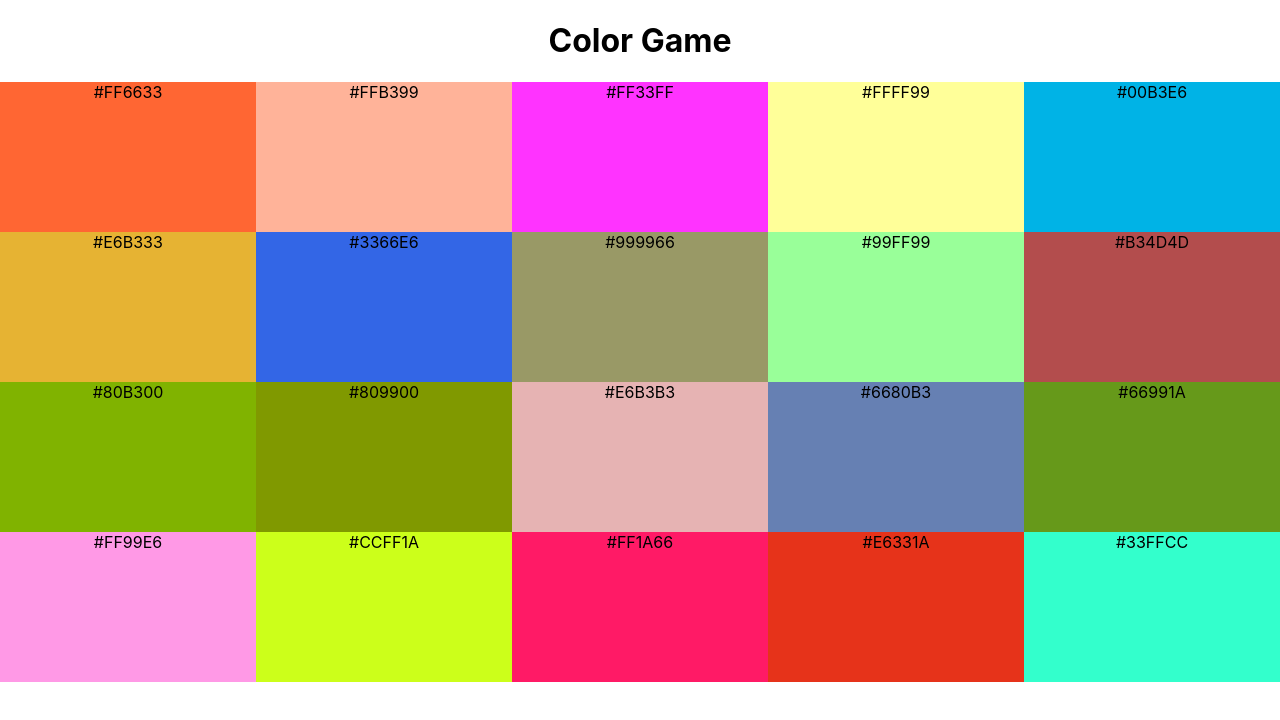
Repository: johnmutina/shades_of_blue
Page: /
The author's editor kept a copy of each file at every save. The page is drawn from the files as they stood at one save, then again after the next save.
The browser window is 1280 px wide. The pictures show the whole page.
The project was rebuilt for these pictures with package versions that can differ from the ones it lists, and the page was loaded fresh each time.

Above is the page before, as saved 2019-06-22 14:29:32.

### src/App.js
import React from 'react';
import ColorBoxes from './ColorBoxes';
import './App.css';

function App() {
  return (
    <div className="App">
      <ColorBoxes />
    </div>
  );
}

export default App;

### src/ColorBoxes.js
import React, { Component } from 'react';
import ColorBox from './ColorBox';

class ColorBoxes extends Component {
    constructor(props){
        super(props);
        this.state = {

        }
    }
    render(){
        let colorArr = ['#FF6633', '#FFB399', '#FF33FF', '#FFFF99', '#00B3E6', '#E6B333', '#3366E6', '#999966', '#99FF99', '#B34D4D', '#80B300', '#809900', '#E6B3B3', '#6680B3', '#66991A', '#FF99E6', '#CCFF1A', '#FF1A66', '#E6331A', '#33FFCC'
        // , '#66994D', '#B366CC', '#4D8000', '#B33300', '#CC80CC', '#66664D', '#991AFF', '#E666FF', '#4DB3FF', '#1AB399', '#E666B3', '#33991A', '#CC9999', '#B3B31A', '#00E680', '#4D8066', '#809980', '#E6FF80', '#1AFF33', '#999933', '#FF3380', '#CCCC00', '#66E64D', '#4D80CC', '#9900B3', '#E64D66', '#4DB380', '#FF4D4D', '#99E6E6', '#6666FF'
    ];
        let idx = Math.floor(Math.random() * colorArr.length);
        return (
            <div>
                <h1>Color Game</h1>
                {colorArr.map(el => <ColorBox color={el} />)}
            </div>
        )
    }
}

export default ColorBoxes;

### src/ColorBox.js
import React, { Component } from 'react';
import './ColorBox.css';

class ColorBox extends Component {
    render(){
        return (
            <div className="ColorBox" style={{backgroundColor: this.props.color}}>{this.props.color}</div>
        )
    }
}

export default ColorBox;

### src/ColorBox.css
.ColorBox {
    display: inline-block;
    width: 20%;
    height: 150px;
}

Loaded but not shown: public/index.html (common file); src/index.js (common file); src/index.css (common file); src/serviceWorker.js (common file); src/App.css (common file)

After the next save:
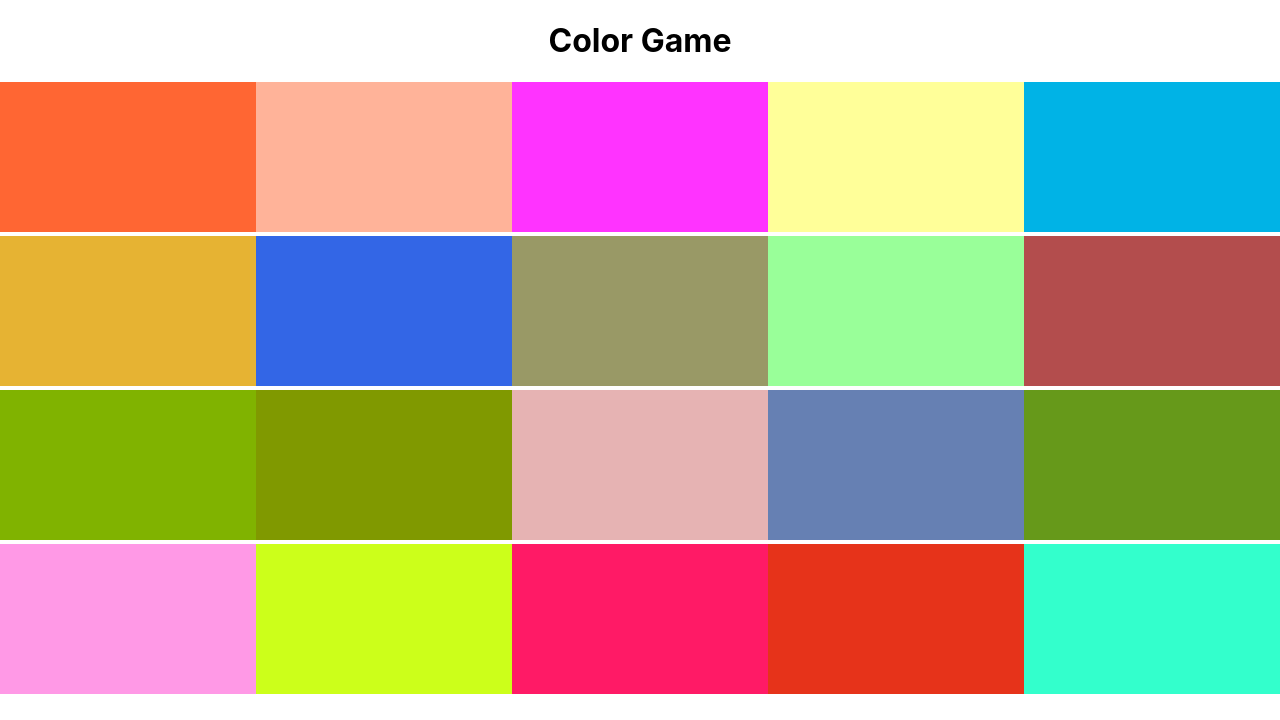
Saved 6 s later.
--- a/src/ColorBox.js
+++ b/src/ColorBox.js
@@ -4,7 +4,7 @@
 class ColorBox extends Component {
     render(){
         return (
-            <div className="ColorBox" style={{backgroundColor: this.props.color}}>{this.props.color}</div>
+            <div className="ColorBox" style={{backgroundColor: this.props.color}}></div>
         )
     }
 }

After the 2 saves that followed:
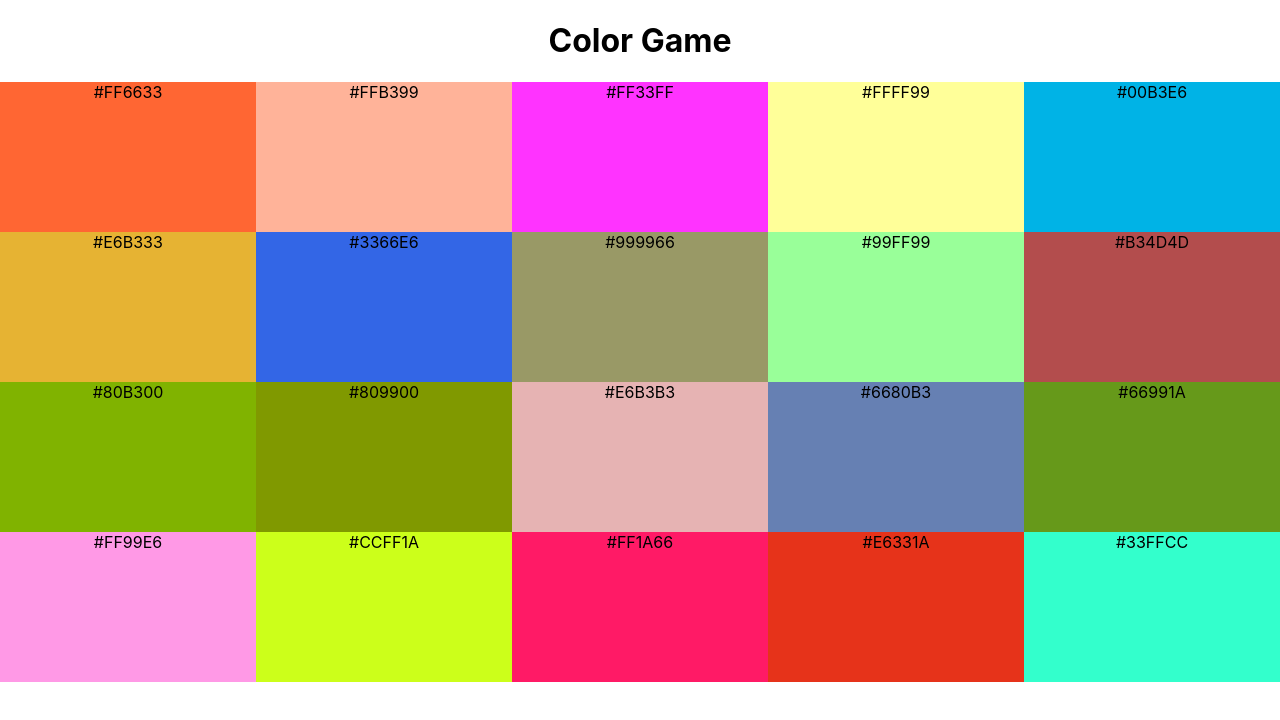
The 2 saves are shown as one change because they came seconds apart.
The last was saved 6 s later.
--- a/src/ColorBox.js
+++ b/src/ColorBox.js
@@ -4,7 +4,7 @@
 class ColorBox extends Component {
     render(){
         return (
-            <div className="ColorBox" style={{backgroundColor: this.props.color}}></div>
+            <div className="ColorBox" style={{backgroundColor: this.props.color}}>{this.props.color}</div>
         )
     }
 }
